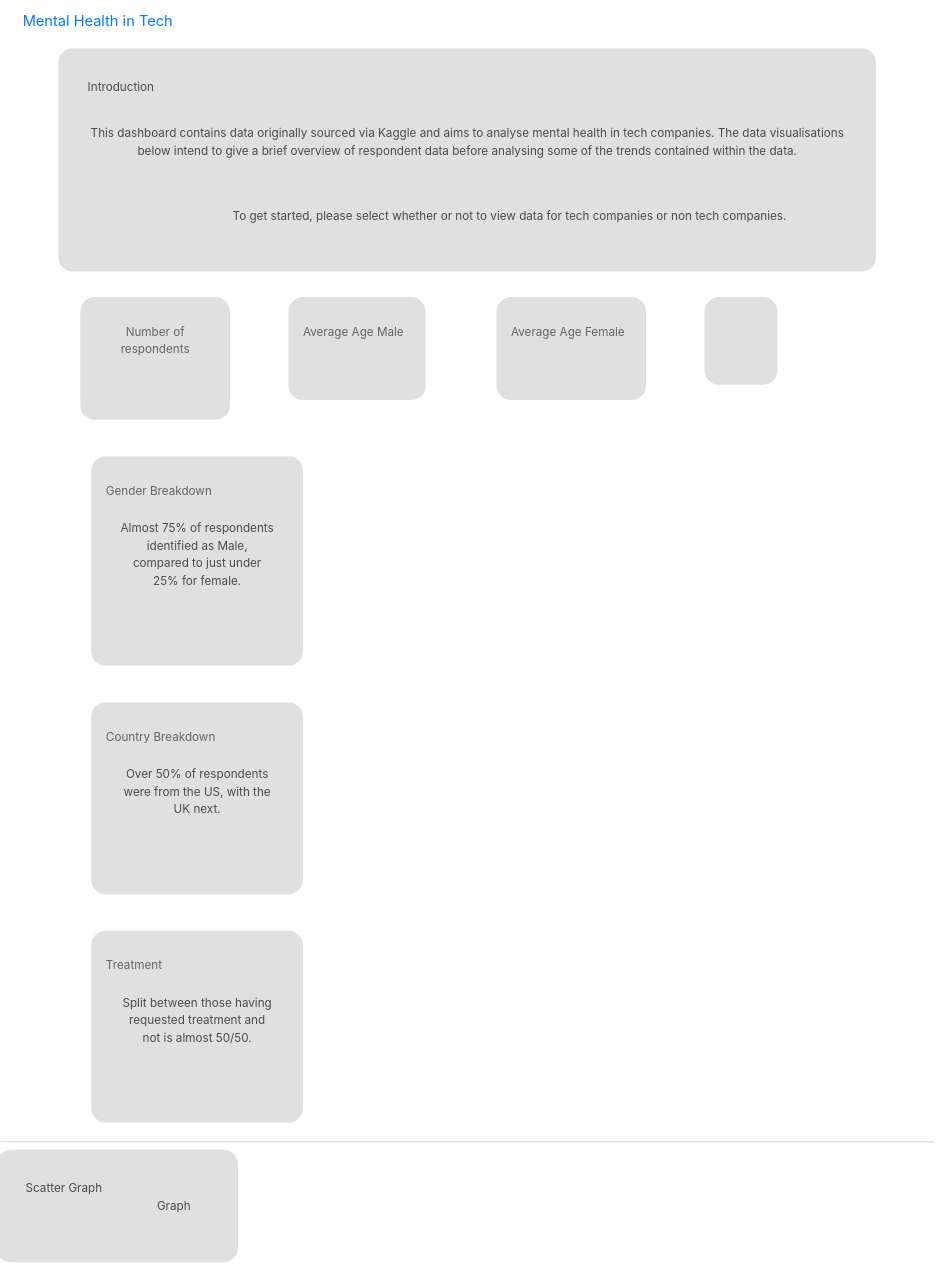
Repository: martingr1/mhdashboard
Page: index.html
The author's editor kept a record of every edit. The page is drawn from the files as they stood at one moment, then again after the next edit.
The browser window is 1280 px wide. The page is 1295 px wide, so the pictures cover 1295 px, including what lies to the right of the window. The pictures show the whole page, at 73% of full size.
Some web libraries are served in a nearby version.

Above is the page before.
Console error: SyntaxError: missing ) after argument list

After the next edit:
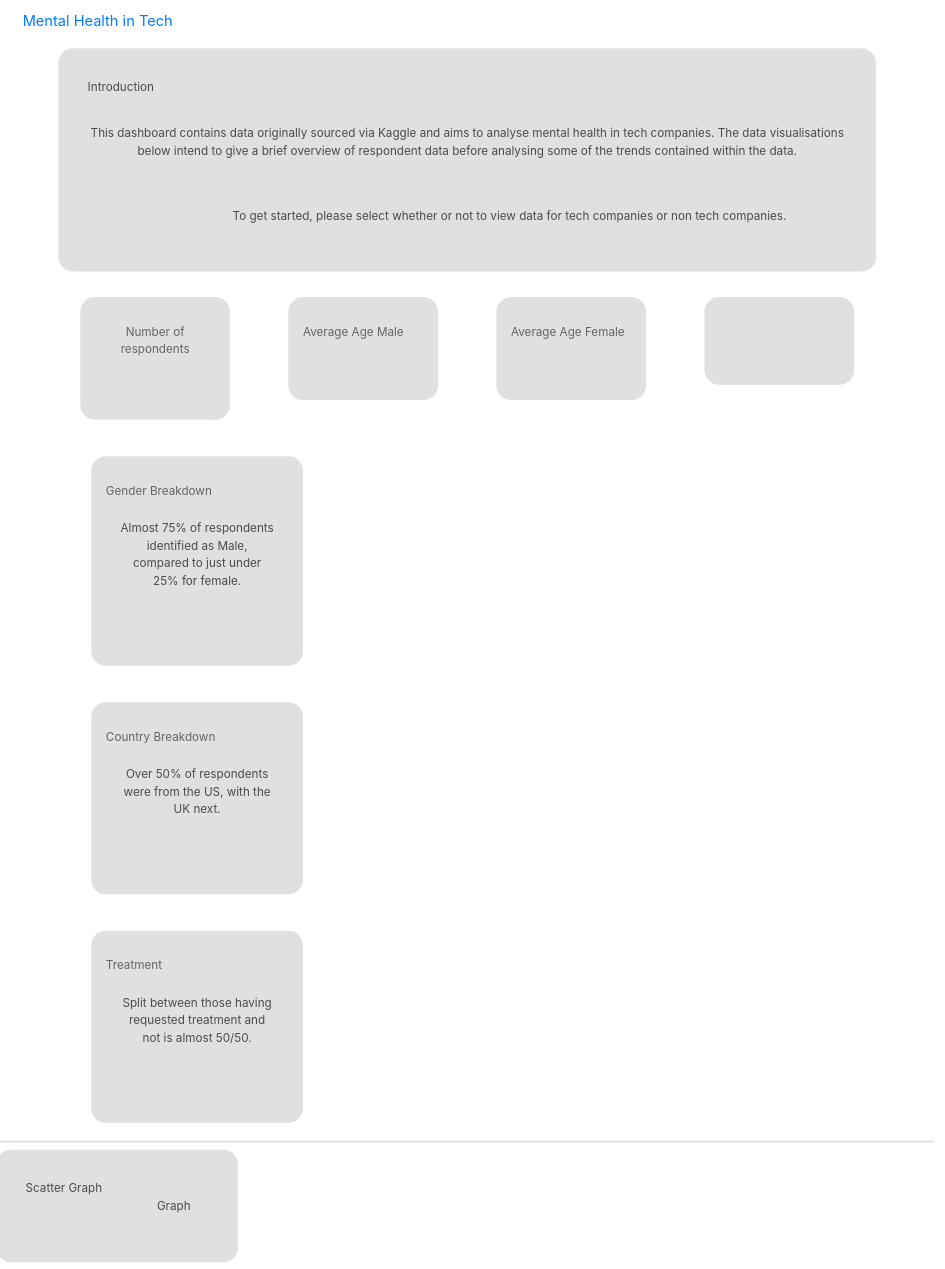
The edit:
--- a/static/css/style.css
+++ b/static/css/style.css
@@ -19,6 +19,8 @@
 	opacity: 0.7;
 	margin: 25px;
 	padding: 35px;
+	display: flex;
+	width: 100%;
 }
 
 .chart {
